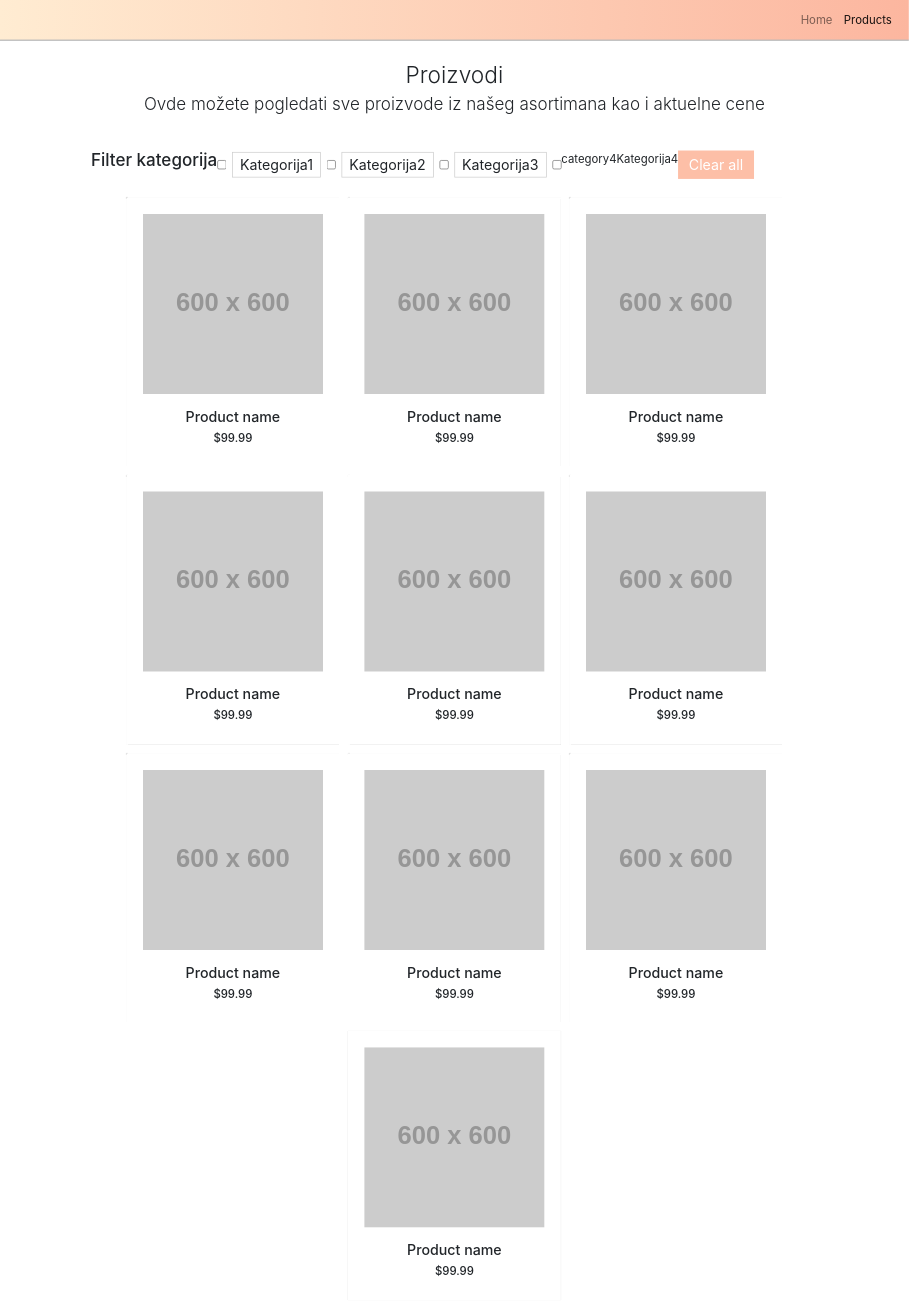
Repository: StevanFilipovic/TemplateForSinglepageWebsite
Page: products.html
These files come from the project's save history. The page is drawn as it stood at one moment and after the next save; the edit follows.
The browser window is 1280 px wide. The pictures show the whole page, at 71% of full size.
Some web libraries are served in a nearby version.

Above is the page before, as saved 2018-06-15 11:31:41.

### products.html
<!doctype html>
<html>
<head>
	<meta charset="utf-8">
	<title>One Page Scroll</title>
	<meta name="title" content="Website by Stevan" />
	<meta name="description" content="Proizvodi"/>
    <link rel="shortcut icon" id="favicon" href="">
    <meta name="viewport" content="initial-scale=1, width=device-width, maximum-scale=1, minimum-scale=1, user-scalable=no">
	<link href='http://fonts.googleapis.com/css?family=Open+Sans:300,400,700' rel='stylesheet' type='text/css'>
	<link href='http://fonts.googleapis.com/css?family=Pacifico:400' rel='stylesheet' type='text/css'>
	<script type="text/javascript" src="http://code.jquery.com/jquery-1.9.1.js"></script>
  <link href='products-page-style.css' rel='stylesheet' type='text/css'>
  <!-- Da bi koristili less potrebno je odkomentarisati donje dve linije i uraditi konverziju css-a i ubaciti u dole navedene fajlove -->
  <!-- <link rel="stylesheet/less" type="text/css" href="onepage-scrool.less" /> -->
  <!-- <link rel="stylesheet/less" type="text/css" href="styles.less" /> -->
  <!-- <script src="less.js" type="text/javascript"></script> -->
  <link rel="stylesheet" href="https://stackpath.bootstrapcdn.com/bootstrap/4.1.1/css/bootstrap.min.css" integrity="sha384-WskhaSGFgHYWDcbwN70/dfYBj47jz9qbsMId/iRN3ewGhXQFZCSftd1LZCfmhktB" crossorigin="anonymous">

<script>
    $(document).ready(function() {
  var $products = $('.grid-products'),
      $filters = $("#filters input[type='checkbox']"),
      product_filter = new ProductFilterLevel1($products, $filters);
  product_filter.init();
});

function ProductFilterLevel1(products, filters) {
  var _this = this;

  this.init = function() {
    this.products = products;
    this.filters = filters;
    this.bindEvents();
  };

  this.bindEvents = function() {
    this.filters.click(this.filterGridProducts);
    $('#none').click(this.removeAllFilters);
  };

  this.filterGridProducts = function() {
    _this.products.hide();
    var selectedFilters = _this.filters.filter(':checked');
    if (selectedFilters.length) {
      var selectedFiltersValues = [];
      selectedFilters.each(function() {
        var currentFilter = $(this);
        selectedFiltersValues.push("[data-" + currentFilter.attr('name') + "='" + currentFilter.val() + "']");
      });
      _this.products.filter(selectedFiltersValues.join(',')).show();
    } else {
      _this.products.show();
    }
  };

  this.removeAllFilters = function() {
    _this.filters.prop('checked', false);
    _this.products.show();
  }
}
</script>

</head>
<body>
        <div class="header">
                <nav class="navbar navbar-expand-lg navbar-light">
                  <!-- <a class="navbar-brand" href="#">Navbar</a> -->
                  <button class="navbar-toggler" type="button" data-toggle="collapse" data-target="#navbarNavDropdown" aria-controls="navbarNavDropdown" aria-expanded="false" aria-label="Toggle navigation">
                    <span class="navbar-toggler-icon"></span>
                  </button>
                  <div class="collapse navbar-collapse justify-content-end" id="navbarNavDropdown">
                    <ul class="navbar-nav">
                      <li class="nav-item ">
                        <a class="nav-link" href="index.html">Home </a>
                      </li>
                      <li class="nav-item active">
                        <a class="nav-link" href="products.html">Products<span class="sr-only">(current)</span></a>
                      </li>
                      </li>
                    </ul>
                  </div>
                </nav>
                </div>
<div class="intro-text">
    <h2>Proizvodi</h2>
    <h4>Ovde možete pogledati sve proizvode iz našeg asortimana kao i aktuelne cene</h4>
</div>
<div id="filters" class="products">
    <div class="filter-wrapper">
      <h4>Filter kategorija</h4>

      <input type="checkbox" name="colour" id="category1" value="category1" ></input>
      <label for="category1">Kategorija1</label>

      <input type="checkbox" name="colour" id="category2" value="category2"></input>
      <label for="category2">Kategorija2</label>

      <input type="checkbox" name="colour" id="category3" value="category3"></input>
      <label for="category3">Kategorija3</label>

      <input type="checkbox" name="colour" id="category4" value="category4"><span class="filters-title">category4</span></input>
      <label for="category4">Kategorija4</label>

    </div>
    <div>
      <input class="button-clear dugme" type="button" id="none" value="Clear all"></input>
    </div>
  </div>

          <section class="products">
                <div class="product-card grid-products" data-colour="category1">
                    <div class="product-image">
                        <img src="http://via.placeholder.com/600x600">
                    </div>
                    <div class="product-info">
                        <h5>Product name</h5>
                        <h6>$99.99</h6>
                    </div>
                </div>

                <div class="product-card grid-products" data-colour="category1">
                    <div class="product-image">
                        <img src="http://via.placeholder.com/600x600">
                    </div>
                    <div class="product-info">
                        <h5>Product name</h5>
                        <h6>$99.99</h6>
                    </div>
                </div>

                <div class="product-card grid-products" data-colour="category2">
                    <div class="product-image">
                        <img src="http://via.placeholder.com/600x600">
                    </div>
                    <div class="product-info">
                        <h5>Product name</h5>
                        <h6>$99.99</h6>
                    </div>
                </div>

                <div class="product-card grid-products" data-colour="category2">
                    <div class="product-image">
                        <img src="http://via.placeholder.com/600x600">
                    </div>
                    <div class="product-info">
                        <h5>Product name</h5>
                        <h6>$99.99</h6>
                    </div>
                </div>

                <div class="product-card grid-products" data-colour="category3">
                    <div class="product-image">
                        <img src="http://via.placeholder.com/600x600">
                    </div>
                    <div class="product-info">
                        <h5>Product name</h5>
                        <h6>$99.99</h6>
                    </div>
                </div>

                <div class="product-card grid-products" data-colour="category3">
                    <div class="product-image">
                        <img src="http://via.placeholder.com/600x600">
                    </div>
                    <div class="product-info">
                        <h5>Product name</h5>
                        <h6>$99.99</h6>
                    </div>
                </div>

                <div class="product-card grid-products" data-colour="category3">
                    <div class="product-image">
                        <img src="http://via.placeholder.com/600x600">
                    </div>
                    <div class="product-info">
                        <h5>Product name</h5>
                        <h6>$99.99</h6>
                    </div>
                </div>

                <div class="product-card grid-products" data-colour="category4">
                    <div class="product-image">
                        <img src="http://via.placeholder.com/600x600">
                    </div>
                    <div class="product-info">
                        <h5>Product name</h5>
                        <h6>$99.99</h6>
                    </div>
                </div>

                <div class="product-card grid-products" data-colour="category4">
                    <div class="product-image">
                        <img src="http://via.placeholder.com/600x600">
                    </div>
                    <div class="product-info">
                        <h5>Product name</h5>
                        <h6>$99.99</h6>
                    </div>
                </div>

                <div class="product-card grid-products" data-colour="category4">
                    <div class="product-image">
                        <img src="http://via.placeholder.com/600x600">
                    </div>
                    <div class="product-info">
                        <h5>Product name</h5>
                        <h6>$99.99</h6>
                    </div>
                </div>

            </section>

</body>
</html>

### products-page-style.css
.header{
    background-image: linear-gradient(to right, #ffecd2 0%, #fcb69f 100%);
    border-bottom: 1px solid gray;
}
.intro-text{
  margin: 30px auto 50px;
}
.intro-text h2, .intro-text h4{
  text-align: center;
    font-weight: 300;
}
.products {
	display: flex;
    flex-wrap: wrap;
    width: 90%;
    margin: auto;
    justify-content: center;
}
#filters{
  margin-bottom: 20px;
  justify-content: start;
  width: 80%;
}

.product-card {
	display: flex;
	flex-direction: column;
    max-width: 300px;
	padding: 2%;
  /* flex: 1 16%; */
  margin: 6px;

	background-color: #FFF;
	box-shadow: 0px 0px 1px 0px rgba(0,0,0,0.25);
}

.product-image img {
	width: 100%;
}

.product-info {
	margin-top: auto;
	padding-top: 20px;
	text-align: center;
}

@media ( max-width: 920px ) {

	/* .product-card {
		flex: 1 21%;
	} */

	/* .products .product-card:first-child,
	.products .product-card:nth-child(2) {
		flex: 2 46%;
	} */

}

@media ( max-width: 600px ) {

	/* .product-card {
		flex: 1 46%;
	} */

}

@media ( max-width: 480px ) {

	h1 {
		margin-bottom: 20px;
	}

	.product-filter {
		flex-direction: column;
	}

	.sort {
		align-self: flex-start;
	}

}


/* Checkmark */

/* Customize the label (the container) */



.filter-category{
  border: 1px solid #cccccc;
  padding: 2px 10px;
  margin: auto 8px;
}

input[type=checkbox] + label {
  display: block;
  position: relative;
  margin: auto 8px;
  cursor: pointer;
  font-size: 20px;
  -webkit-user-select: none;
  -moz-user-select: none;
  -ms-user-select: none;
  user-select: none;
  border: 1px solid #cccccc;
  padding: 2px 10px;
}
input[type=checkbox]:checked + label {
  background: #f00;
  font-style: normal;
}


  /* Hide the browser's default checkbox */
  .filter-container input {
    position: absolute;
    opacity: 0;
    cursor: pointer;
  }

  /* Create a custom checkbox */
  .checkmark {
    position: absolute;
    top: 0;
    left: 0;
    height: 30px;
    width: 30px;
    background-color: #eee;
    display: none;
  }

  /* On mouse-over, add a grey background color */
  .filter-container:hover input ~ .checkmark {
    background-color: #ccc;
  }

  /* When the checkbox is checked, add a blue background */
  .filter-container input:checked ~ .checkmark {
    background-color: #fdbfa7;
  }

  /* Create the checkmark/indicator (hidden when not checked) */
  .checkmark:after {
    content: "";
    position: absolute;
    display: none;
  }

  /* Show the checkmark when checked */
  .filter-container input:checked ~ .checkmark:after {
    display: block;
  }

  /* Style the checkmark/indicator */
  .filter-container .checkmark:after {
    left: 9px;
    top: 5px;
    width: 10px;
    height: 15px;
    border: solid white;
    border-width: 0 3px 3px 0;
    -webkit-transform: rotate(45deg);
    -ms-transform: rotate(45deg);
    transform: rotate(45deg);
  }

  .filter-wrapper{
      display: contents;
      margin-bottom: 15px;
  }

  .button-clear{
    background: #FDBFA7;
    font-size: 20px;
    color: white;
    border-style: none;
    cursor: pointer;
    padding: 5px 15px;
  }

After the next save:
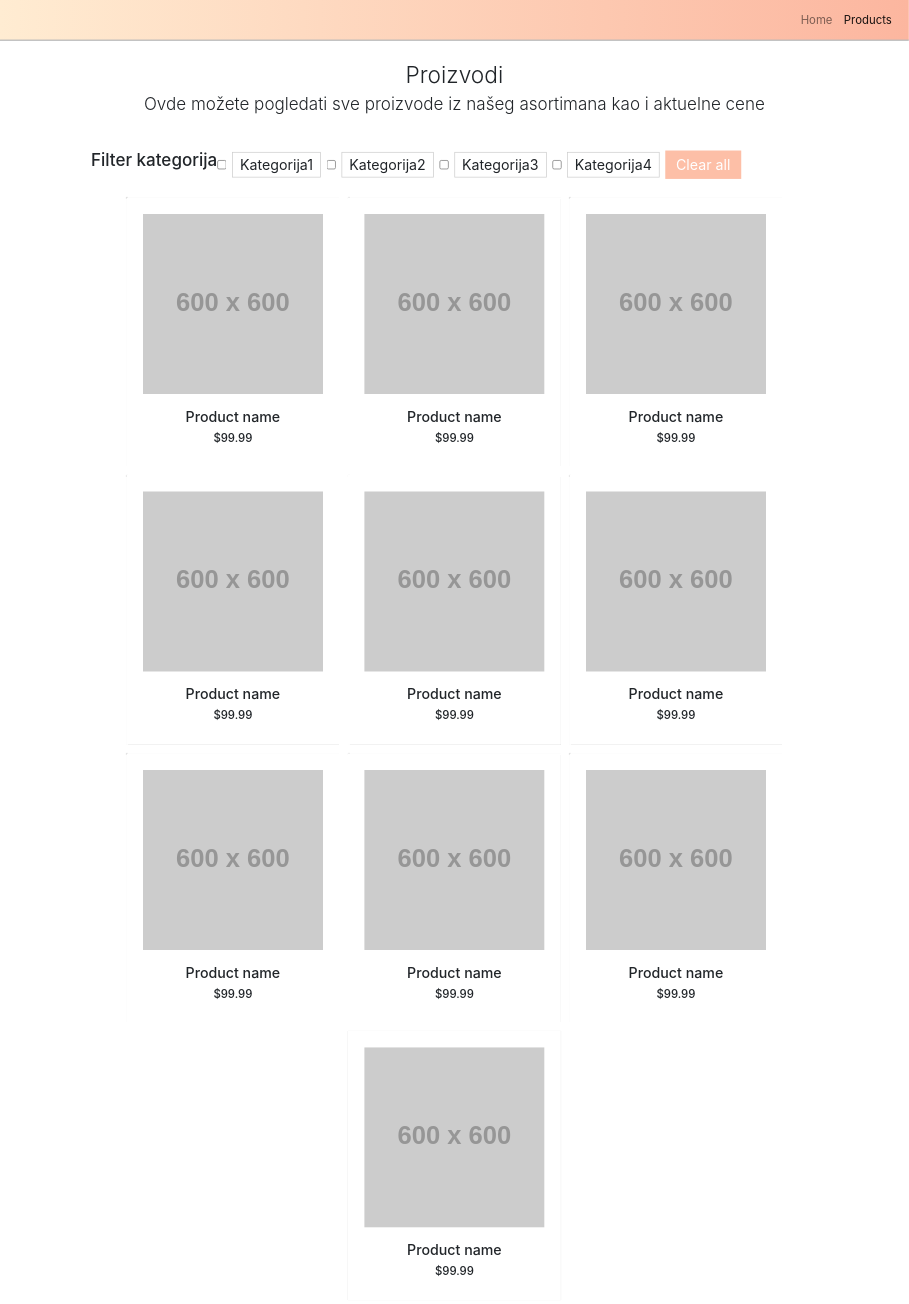
Saved 18 s later.
--- a/products.html
+++ b/products.html
@@ -99,7 +99,7 @@ function ProductFilterLevel1(products, filters) {
       <input type="checkbox" name="colour" id="category3" value="category3"></input>
       <label for="category3">Kategorija3</label>
 
-      <input type="checkbox" name="colour" id="category4" value="category4"><span class="filters-title">category4</span></input>
+      <input type="checkbox" name="colour" id="category4" value="category4"></input>
       <label for="category4">Kategorija4</label>
 
     </div>
